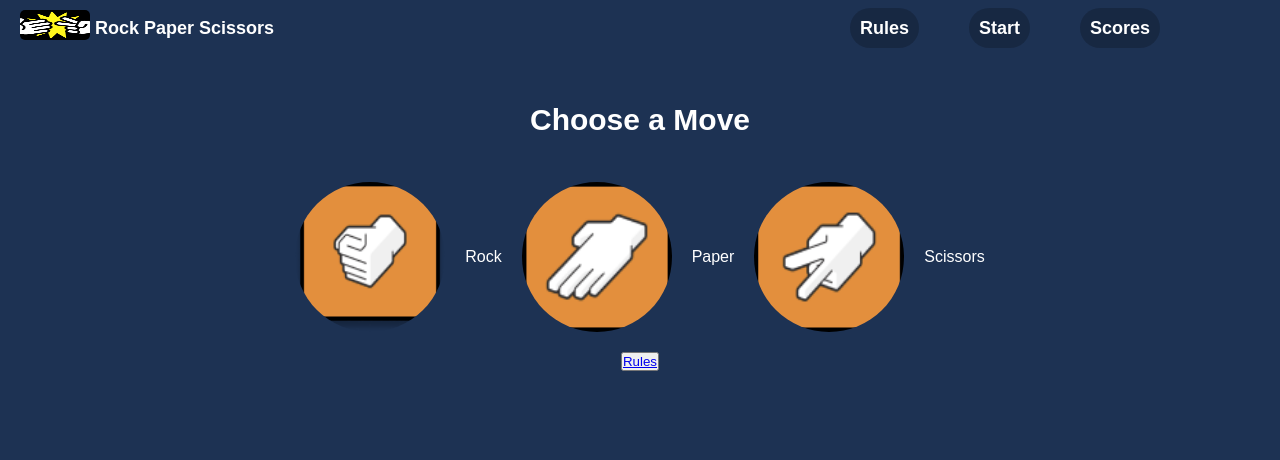
Repository: MikkyPrestige/rock-paper-scissors
Page: game.html
An editor plug-in stored every save of this project. The page is shown before and after the next save, followed by the edit.
The browser window is 1280 px wide. The pictures show the whole page.

Above is the page before, as saved 2023-05-08 06:37:58.

### game.html
<!DOCTYPE html>
<html lang="en">

<head>
  <meta charset="UTF-8">
  <meta http-equiv="X-UA-Compatible" content="IE=edge">
  <meta name="viewport" content="width=device-width, initial-scale=1.0">
  <title>Rock, Paper, Scissors</title>
  <link rel="stylesheet" href="./index.css">
</head>

<body>
  <main>
    <header>
      <figure class="headerLogo">
        <a href="/">
          <img src="./img/logo.png" alt="Logo" class="logo">
        </a>
        <figcaption class="logoCaption">Rock Paper Scissors</figcaption>
      </figure>
      <nav>
        <ul>
          <li><a href="#rule">Rules</a></li>
          <li><a href="./game.html">Start</a></li>
          <li><a href="#">Scores</a></li>
        </ul>
      </nav>
    </header>
    <section class="game">
      <h1 class="game--title">Choose a Move</h1>
      <figure class="game--img">
        <img src="./img/rock.png" alt="Rock image">
        <figcaption class="game--caption">Rock</figcaption>
        <img src="./img/paper.png" alt="paper image">
        <figcaption class="game--caption">Paper</figcaption>
        <img src="./img/scissors.png" alt="scissors image">
        <figcaption class="game--caption">Scissors</figcaption>
      </figure>
      <button class="rule-btn">
        <a href="./index.html#rule">Rules</a>
      </button>
    </section>
  </main>
</body>

</html>

### index.css
*,
*::after,
*::before {
  box-sizing: border-box;
  margin: 0;
  padding: 0;
}

html {
  font-size: 62.5%;
}

body {
  font-family: "Fira Sans", sans-serif;
  font-size: 1.6rem;
  line-height: 1.5;
  background: rgba(29, 50, 83, 1);
  color: rgba(255, 255, 255, 1);
  width: 100%;
  height: 100%;
}

main {
  display: flex;
  flex-direction: column;
  justify-content: center;
  align-items: center;
  gap: 2rem;
  height: 100%;
  width: 100%;
}

header {
  display: flex;
  justify-content: space-between;
  align-items: center;
  padding: 1rem 2rem;
  width: 100%;
  height: auto;
}

.headerLogo {
  display: flex;
  align-items: center;
  gap: .5rem;
  height: auto;
}

.logo {
  width: 7rem;
  height: 3rem;
  border-radius: .5rem;
  -webkit-border-radius: .5rem;
  -moz-border-radius: .5rem;
  -ms-border-radius: .5rem;
  -o-border-radius: .5rem;
}

.logoCaption {
  font-size: 1.8rem;
  font-weight: 600;
  color: rgba(255, 255, 255, 1);
}

nav {
  height: auto;
  margin-right: 10rem;
}

ul {
  display: flex;
  justify-content: center;
  align-items: center;
  gap: 5rem;
  list-style: none;
}

li a {
  font-size: 1.8rem;
  font-weight: 600;
  color: rgba(255, 255, 255, 1);
  background: linear-gradient(0deg, rgba(0, 0, 0, 0.2), rgba(0, 0, 0, 0.2)), #1D3253;
  text-decoration: none;
  padding: 1rem;
  border-radius: 2rem;
}

li a:hover {
  background: rgba(255, 255, 255, 1);
  color: rgba(29, 50, 83, 1);
  text-decoration: underline;
}

.home {
  display: flex;
  justify-content: center;
  align-items: center;
  width: 100%;
  height: 70vh;
}

.images {
  position: relative;
  height: 100%;
  flex-basis: 30%;
}

.img {
  background: rgba(253, 253, 253, 0.9);
  border-radius: 50%;
  -webkit-border-radius: 50%;
  -moz-border-radius: 50%;
  -ms-border-radius: 50%;
  -o-border-radius: 50%;
  width: 15rem;
  height: 15rem;
}

.rock {
  position: absolute;
  top: 5rem;
  left: 0rem;
}

.paper {
  position: absolute;
  top: 5rem;
  right: 5rem;
}

.scissors {
  position: absolute;
  bottom: 5rem;
  left: 8rem;
}

.content {
  display: flex;
  flex-direction: column;
  justify-content: center;
  align-items: center;
  gap: 2rem;
}

.content--title {
  font-size: 3.6rem;
  font-weight: 600;
  width: 70%;
  text-transform: uppercase;
}

.content-rock {
  color: rgba(195, 183, 183, 1);
}

.content-scissors {
  color: rgba(233, 35, 35, 1);
}

.content--text {
  font-size: 2.5rem;
  font-weight: 400;
  width: 70%;
}

.fun {
  color: rgba(233, 35, 35, 1);
}

.btn {
  width: 13rem;
  height: 5rem;
  background: #2C7AF0;
  border-radius: 1rem;
  -webkit-border-radius: 1rem;
  -moz-border-radius: 1rem;
  -ms-border-radius: 1rem;
  -o-border-radius: 1rem;
  border: none;
  margin-top: 5rem;
  transition: all .3s ease-in-out;
  -webkit-transition: all .3s ease-in-out;
  -moz-transition: all .3s ease-in-out;
  -ms-transition: all .3s ease-in-out;
  -o-transition: all .3s ease-in-out;
}

.btn a {
  text-decoration: none;
  font-size: 2rem;
  color: rgba(255, 255, 255, 1);
  cursor: pointer;
}

.btn a:hover {
  color: rgba(44, 122, 240, 1);
}

.btn:hover {
  background: rgba(255, 255, 255, .7);
}

.rule {
  width: 100%;
  height: 100%;
  background: #D0CEC9;
}

.rule--container {
  display: flex;
  flex-direction: column;
  justify-content: center;
  align-items: center;
  gap: 1rem;
  margin: 2rem;
}

.rule--title {
  font-size: 3rem;
  font-weight: 600;
  color: #000;
}

.rule--content {
  display: flex;
  justify-content: space-around;
  align-items: center;
}

.rule--img {
  width: 35rem;
  height: 35rem;
}

.rule--para {
  background: #C4C4C4;
  width: 50%;
  text-align: center;
  padding: 2rem 5rem;
  border-radius: 3rem;
  -webkit-border-radius: 3rem;
  -moz-border-radius: 3rem;
  -ms-border-radius: 3rem;
  -o-border-radius: 3rem;
  display: flex;
  flex-direction: column;
  justify-content: center;
  align-items: center;
  gap: 1rem;
}

.rule--text {
  color: rgba(0, 163, 255, 1);
}

.game {
  display: flex;
  flex-direction: column;
  justify-content: center;
  align-items: center;
  gap: 2rem;
  width: 100%;
  height: 100%;
}

.game--title {
  font-size: 3rem;
  font-weight: 600;
  margin: 2rem;
}

.game--img {
  display: flex;
  justify-content: center;
  align-items: center;
  gap: 2rem;
  width: 100%;
}

.game--img img {
  width: 15rem;
  height: 15rem;
  border-radius: 50%;
  -webkit-border-radius: 50%;
  -moz-border-radius: 50%;
  -ms-border-radius: 50%;
  -o-border-radius: 50%;
}

footer {
  margin: 1rem auto;
}

.footer--text {
  font-family: "Inter";
}

.footer--link {
  color: rgba(44, 122, 240, 1);
  text-decoration: none;
}

After the next save:
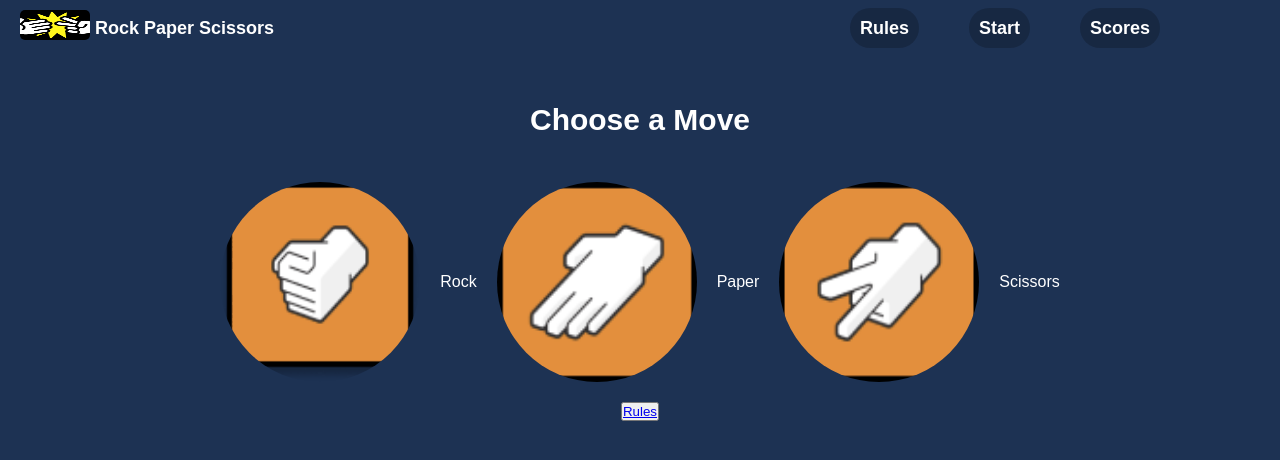
Saved 16 s later.
--- a/index.css
+++ b/index.css
@@ -278,8 +278,8 @@ li a:hover {
 }
 
 .game--img img {
-  width: 15rem;
-  height: 15rem;
+  width: 20rem;
+  height: 20rem;
   border-radius: 50%;
   -webkit-border-radius: 50%;
   -moz-border-radius: 50%;

After the save that followed:
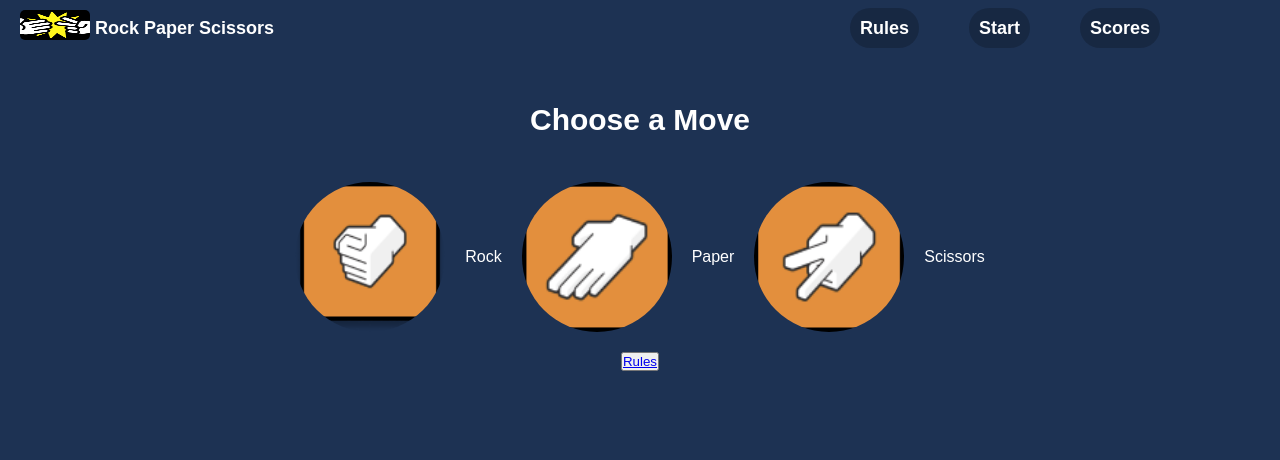
Saved 14 s later.
--- a/index.css
+++ b/index.css
@@ -278,8 +278,8 @@ li a:hover {
 }
 
 .game--img img {
-  width: 20rem;
-  height: 20rem;
+  width: 15rem;
+  height: 15rem;
   border-radius: 50%;
   -webkit-border-radius: 50%;
   -moz-border-radius: 50%;
